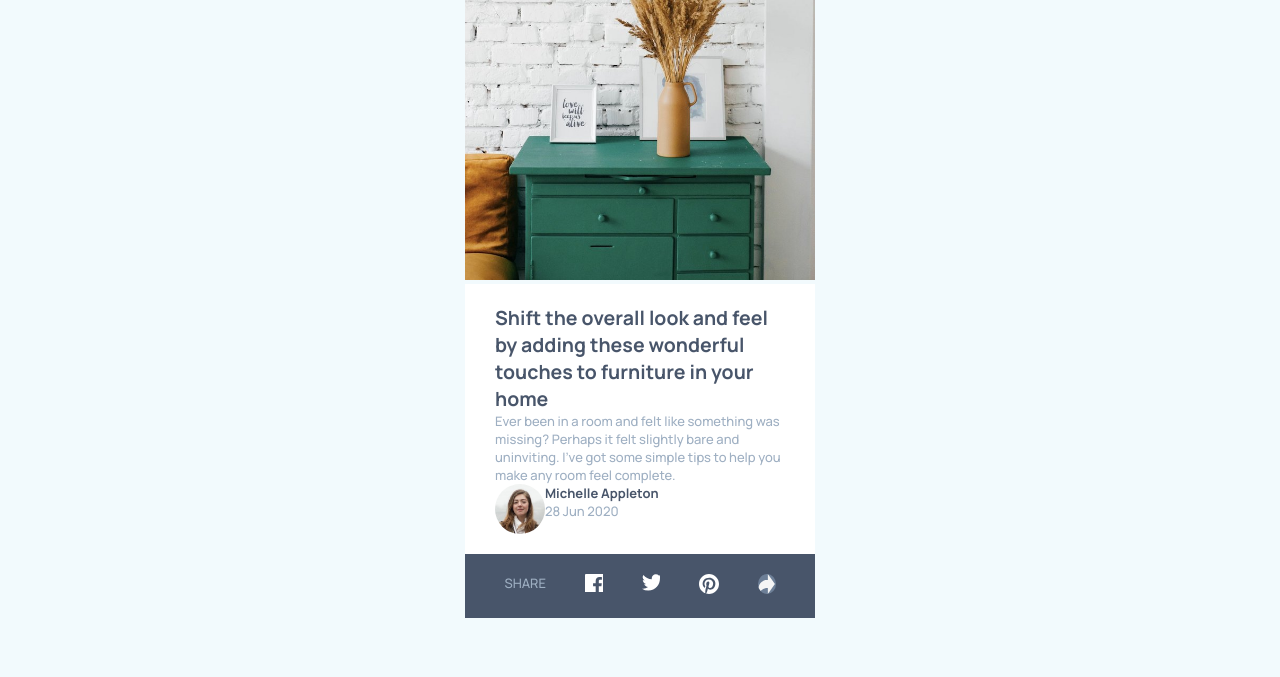
Repository: ellenliao95/frontend-mentor-solution
Page: article-preview-component-master/index.html
These files come from the project's save history. The page is drawn as it stood at one moment and after the next save; the edit follows.
The browser window is 1280 px wide. The pictures show the whole page.

Above is the page before, as saved 2023-03-18 09:11:33.

### article-preview-component-master/index.html
<!DOCTYPE html>
<html lang="en">
<head>
  <meta charset="UTF-8">
  <meta name="viewport" content="width=device-width, initial-scale=1.0"> <!-- displays site properly based on user's device -->

<!-- fonts style -->
  <link rel="preconnect" href="https://fonts.googleapis.com">
  <link rel="preconnect" href="https://fonts.gstatic.com" crossorigin>
  <link href="https://fonts.googleapis.com/css2?family=Manrope:wght@500;700&display=swap" rel="stylesheet">

  <link rel="icon" type="image/png" sizes="32x32" href="./images/favicon-32x32.png">

  <title>Frontend Mentor | Article preview component</title>

  <link rel="stylesheet" href="index.css">
</head>
<body>
  <article>
    <picture>
      <source media="(min-width: 375px)" srcset="images/drawers.jpg">
      <img src="images/drawers.jpg" alt="" class="drawers-img">
    </picture>
  </article>

  <article class="container">
    <div>
      <h2>
        Shift the overall look and feel by adding these wonderful
        touches to furniture in your home
      </h2>
      <p>
        Ever been in a room and felt like something was missing? Perhaps it felt slightly bare and uninviting. I’ve got some simple tips to help you make any room feel complete.
      </p>
    </div>

    <div class="head-card">
      <img src="images/avatar-michelle.jpg" alt="me" class="head-img">
      <ul id="head-text">
        <li id="name">Michelle Appleton</li>
        <li>28 Jun 2020</li>
      </ul>

    </div>
  </article>
  <div class="share-dtl">
    <p>SHARE</p>
    <a href="#">
      <img src="images/icon-facebook.svg" alt="icon facebook ">
    </a>
    <a href="#">
      <img src="images/icon-twitter.svg" alt="icon twitter">
    </a>
    <a href="#">
      <img src="images/icon-pinterest.svg" alt="icon-pinterest">
    </a>
    <img
      src="images/icon-share.svg" alt="icon share" class="share-icon"
    >
  </div>
</body>
</html>

### article-preview-component-master/index.css
.attribution {
    font-size: 11px; text-align: center;
}
.attribution a {
    color: hsl(228, 45%, 44%);
}

*{
    box-sizing: border-box;
    margin: 0%;
    padding: 0%;


}
body{
    min-height: 100vh;
    background: rgba(235, 248, 252, 0.625);
    Font-size: 13px;
    font-family: 'Manrope', sans-serif;
    width: 350px;
    align-items: center;
    margin: 0 auto;
}
ul{
    list-style: none;
}
h2, #name{
    color: hsl(217, 19%, 35%);
    font-weight: 700;
}
p, li{
    color: hsl(212, 23%, 69%);
    font-weight: 500;
}
.drawers-img{
    max-width: 100%;
}
.container{
    background-color: white;
    padding: 20px 30px;
}

/* head care */
.head-card{
    display: flex;
}
.head-img{
    border-radius: 50%;
    width: 50px;
}

.share-icon{
 width: 18px;
 height: 20px;
 background: hsl(214, 17%, 51%);
 border-radius: 50%;
 /*
 Q:
 padding 是往內推，造成箭頭空間壓縮甚至壓到看不見。
 該怎麼把箭頭懸浮在背景上面，互不影響？
 */
}
.share-dtl{
    background: hsl(217, 19%, 35%);
    display: flex;
    justify-content: space-around;
    padding: 20px;

}
.share-dtl p{

}

### article-preview-component-master/images/icon-share.svg
<svg xmlns="http://www.w3.org/2000/svg" width="16" height="13"><path fill="whitesmoke" d="M15 6.495L8.766.014V3.88H7.441C3.33 3.88 0 7.039 0 10.936v2.049l.589-.612C2.59 10.294 5.422 9.11 8.39 9.11h.375v3.867L15 6.495z"/></svg>

After the next save:
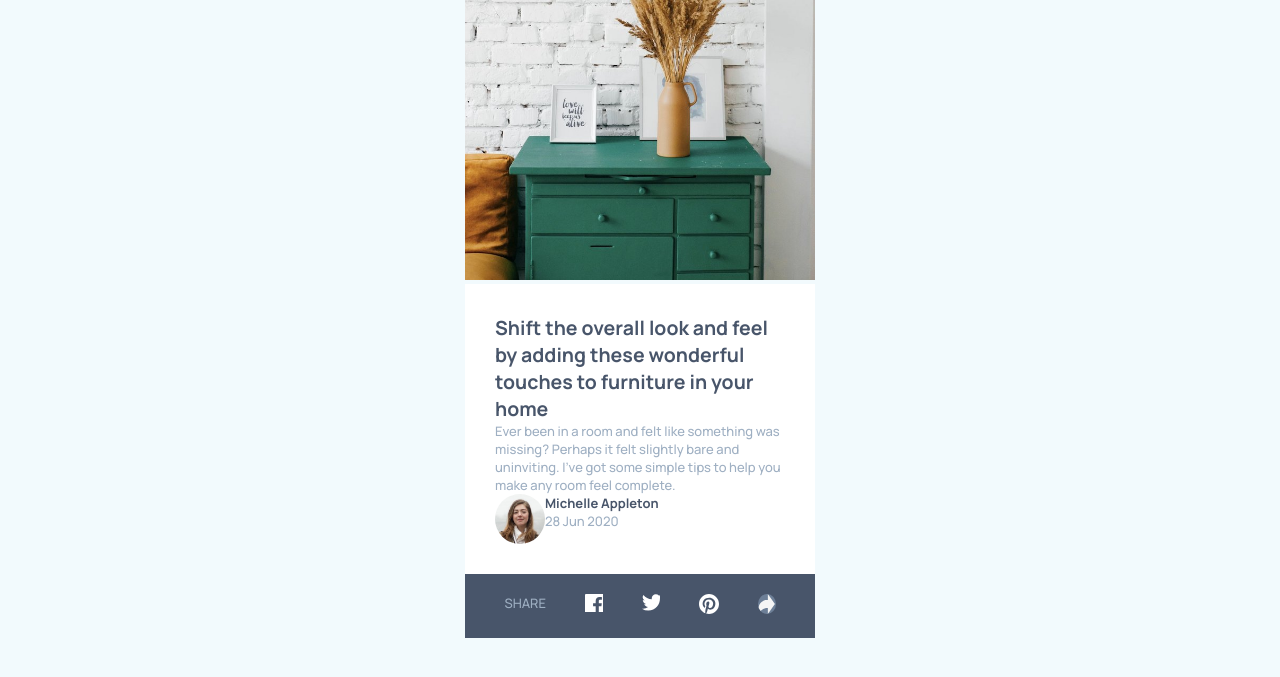
Saved 13 s later.
--- a/article-preview-component-master/index.css
+++ b/article-preview-component-master/index.css
@@ -37,7 +37,7 @@
 }
 .container{
     background-color: white;
-    padding: 20px 30px;
+    padding: 30px 30px;
 }
 
 /* head care */
